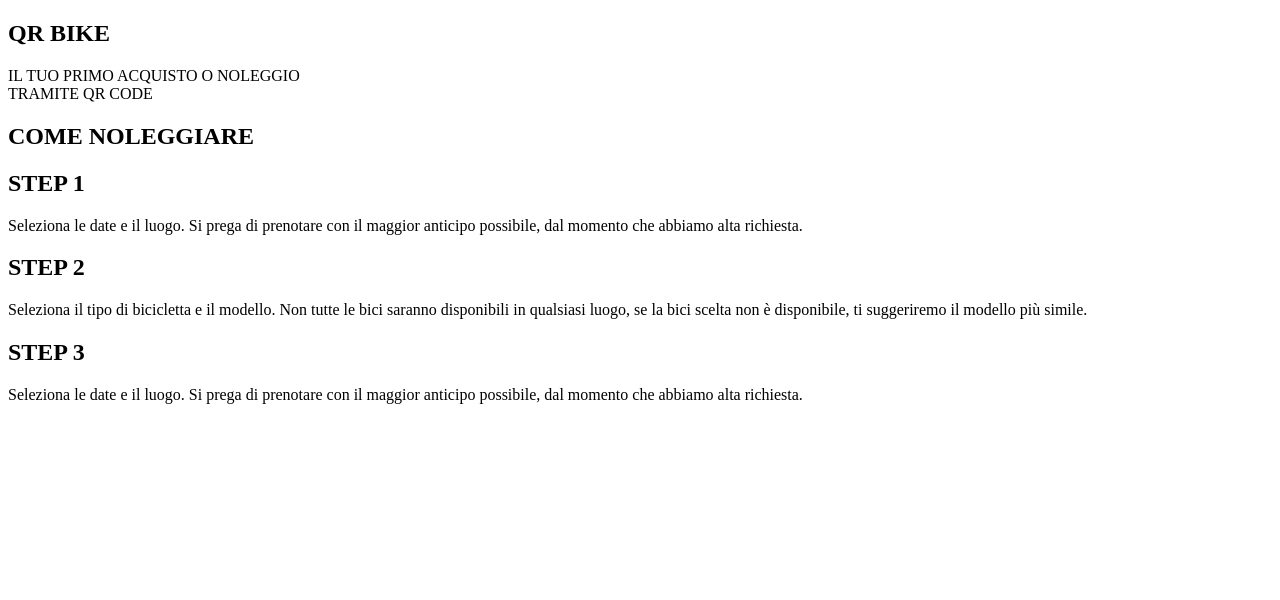
Repository: andrealepori/qrbike
Page: noleggio.html
An editor plug-in stored every save of this project. The page is shown before and after the next save, followed by the edit.
The browser window is 1280 px wide. The pictures show the whole page.

Above is the page before, as saved 2020-09-18 09:24:35.

After the next save:
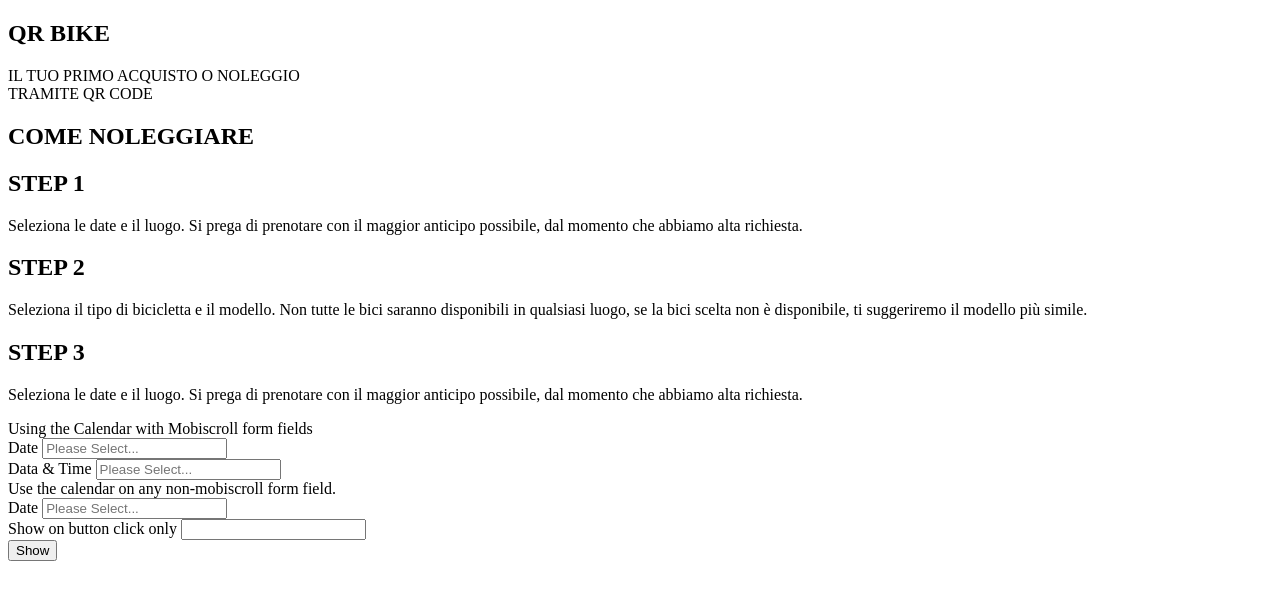
Saved 2 min 11 s later.
--- a/noleggio.html
+++ b/noleggio.html
@@ -84,7 +84,47 @@
 
     </div>
 
-
+    <div mbsc-form class="mbsc-form-box">
+      <div class="mbsc-grid mbsc-form-grid">
+          <div class="mbsc-form-group">
+              <div class="mbsc-form-group-title">Using the Calendar with Mobiscroll form fields</div>
+              <div class="mbsc-row">
+                  <div class="mbsc-col-sm-12 mbsc-col-md-6">
+                      <label>
+                          Date
+                          <input mbsc-input data-input-style="box" id="demo-app-date" placeholder="Please Select..." />
+                      </label>
+                  </div>
+                  <div class="mbsc-col-sm-12 mbsc-col-md-6">
+                      <label>
+                          Data & Time
+                          <input mbsc-input data-input-style="box" id="demo-app-date-time" placeholder="Please Select..." />
+                      </label>
+                  </div>
+              </div>
+          </div>
+      </div>
+  </div>
+  <div class="mbsc-note mbsc-note-primary mbsc-align-center">Use the calendar on any non-mobiscroll form field.</div>
+  <div class="mbsc-grid">
+      <div class="mbsc-row">
+          <div class="mbsc-col-sm-12 mbsc-col-md-6">
+              <label for="demo-app-date-non-form">Date</label>
+              <input id="demo-app-date-non-form" class="demo-non-form" placeholder="Please Select..." />
+          </div>
+          <div class="mbsc-col-sm-12 mbsc-col-md-6">
+              <div class="mbsc-row mbsc-align-items-end">
+                  <div class="mbsc-col-9">
+                      <label for="demo-app-date-external">Show on button click only</label>
+                      <input id="demo-app-date-external" class="demo-non-form" />
+                  </div>
+                  <div class="mbsc-col-3 external-container">
+                      <button id="show-demo-app-date-external" class="external-button demo-button">Show</button>
+                  </div>
+              </div>
+          </div>
+      </div>
+  </div>
 
 
 
